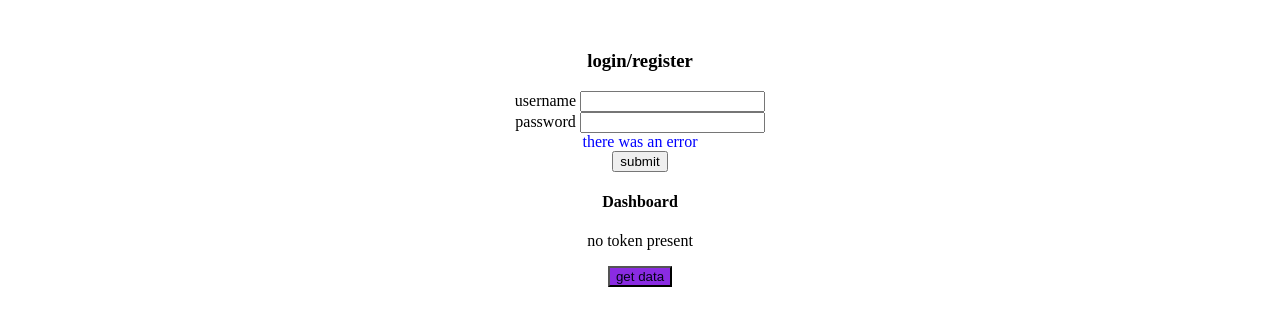
Repository: shivanand1988-28-06/townwarta
Page: http://localhost/
The author's editor kept a copy of each file at every save. The page is drawn from the files as they stood at one save, then again after the next save.
The browser window is 1280 px wide. The pictures show the whole page.
Some web libraries are served in a nearby version. The page is served by the project's Node server (Townwarta.js). Other server files are loaded and not shown.

Above is the page before, as saved 2022-03-16 00:48:46.

### public/index.html
<!-- <!DOCTYPE html>
<html>

<head>
    <meta charset="UTF-8" />
    <meta http-equiv="X-UA-Compatible" content="IE=edge" />
    <meta name="viewport" content="width=device-width, initial-scale=1.0" />
    <title>Townwarta</title>
    <link rel="stylesheet" href="./styles.css" />
</head>
    <body>
        <main>
             <form class= "form makenews">
        <div>
              <label for= "newstitle" class= "newstitle-label">TITLE</label><br><br>
              <input type = "text" class = "newstitle-input"></input><br><br>
        </div>

        <div>
              <label for= "newsheading" class= "newsheading-label">Heading</label><br><br>
              <textarea name="heading" class="newsheading" ></textarea><br><br>
        </div>
 <div>
                <label for= "newsarticle" class= "news-label">NewsArticle</label><br><br>
                <textarea name=" newsarticle" cols="30" rows="10"></textarea><br><br>
            </div>
            <div>
                <label for="newsimages"></label><br><br>
                <input type="file" name="newsimage" multiple><br><br>
            </div>
            <div>
                <label for="tags" class="tags">SelectTags</label><br><br>
                <select class="tags" multiple>
                    <option value="sports">SPORTS</option>
                    <option value="health">HEALTH</option>
                    <option value="politics">POLITICS</option>
                    <option value="security">SECURITY</option>
                    <option value="international">INTERNATIONAL</option>
                    <option value="bollywood">BOLLYWOOD</option>
                </select><br><br>
            </div>
            <div>
                <label for="tags" class="tags">SelectStates</label><br><br>
                <select class="tags" multiple>
                    <option value="UTTARPRADESH">UTTARPRADESH</option>
                    <option value="MAHARASHTRA">MAHARASHTRA</option>
                    <option value="GUJRAT">GUJRAT</option>
                    <option value="PANJAB">PANJAB</option>
                    <option value="TAMILNADU">TAMILNADU</option>
                    <option value="JAMMU AND KASHMIR">JAMMU AND KASHMIR</option>
                </select><br><br>
            </div>

                <button type = "submit" class="form-submit">SUBMIT NEWS DATA</button>

            </form>

        </main>



<script>
 src="https://cdnjs.cloudflare.com/ajax/libs/axios/0.21.1/axios.min.js"
      integrity="sha512-bZS47S7sPOxkjU/4Bt0zrhEtWx0y0CRkhEp8IckzK+ltifIIE9EMIMTuT/mEzoIMewUINruDBIR/jJnbguonqQ=="
      crossorigin="anonymous"
      referrerpolicy="no-referrer"
</script>
<script src= "./browser-app.js"></script>
</body>
</html> -->




<!DOCTYPE html>
<html lang="en">
  <head>
    <meta charset="UTF-8" />
    <meta http-equiv="X-UA-Compatible" content="IE=edge" />
    <meta name="viewport" content="width=device-width, initial-scale=1.0" />
    <title>JWT Basics</title>
    <link rel="stylesheet" href="./styles.css" />

  </head>
  <body>

    <main class ="first" id ="firstform">
      <div >
      <form class = "form contact-form">
        <h3>login/register</h3>
        <div class ="form-row">
          <label for="username" class="form-label">username</label>
          <input type="text" class="form-input username-input" />
        </div>
        <div class="form-row">
          <label for="password" class="form-label">password</label>
          <input type="password" class="form-input password-input" />
        </div>
        <div class="text-small form-alert">there was an error</div>
        <button type="submit" class="btn btn-block">submit</button>
      </form>
    </div>
      <div class="container">
        <h4>Dashboard</h4>
        <p class="token">no token present</p>
        <div class="result"></div>
        <button class="btn btn-block" id="data">get data</button>
      </div>

      <div id="root"></div>
    </main>
    <script
      src="https://cdnjs.cloudflare.com/ajax/libs/axios/0.21.1/axios.min.js"
      integrity="sha512-bZS47S7sPOxkjU/4Bt0zrhEtWx0y0CRkhEp8IckzK+ltifIIE9EMIMTuT/mEzoIMewUINruDBIR/jJnbguonqQ=="
      crossorigin="anonymous"
      referrerpolicy="no-referrer"
    ></script>
    <script src="./browser-app.js"></script>

  </body>
</html>

### Townwarta.js

require("dotenv").config();
const express = require("express");
const mongoose = require("mongoose");
const router = require("./routes/mainroutes");
const connectDB = require("./db/connect");
const app = express();

const port = process.env.PORT || 3000

app.use(express.json());

 app.use("/api/v1",router);
 app.use (express.urlencoded({extended:false}));
 app.use(express.static("./public"));

const start = async () =>{

try{

    await connectDB(process.env.MONGO_URI);
    app.listen(port,()=>{ console.log(`app is running over port ${port}`)});

}catch(error) {

    console.log(error);

}

}

start();

### public/styles.css
.makenews{
    text-align: center;
    padding-top: 40px;
};
.newstitle-label{
   padding-bottom: 0px;
   color:blue;
}
.newstitle-input{
    color:brown;
};
.newsheading{
   color:blue
}

.first{
  margin: 50px;
 text-align: center;
 text-decoration: dotted;

}
.form-alert{
    color:blue
}

#data{
    color: rgb(3, 3, 22);
    background-color: blueviolet;
}

### public/browser-app.js

// const formDOM = document.querySelector('.form');
// const usernameInputDOM = document.querySelector('.username-input');
// const passwordInputDOM = document.querySelector('.password-input');
// const btnDOM = document.querySelector('#data');
// const resultDOM = document.querySelector('.result');

// formDOM.addEventListener('submit',async(e)=>{
//    e.preventDefault();
//     const username = usernameInputDOM.value
//     const password = passwordInputDOM.valuey

//     const newsheading = textDOM.value;

// try{

// const {data} = await axios.post('/api/v1/news/users',{username,password})

// }catch(error){
//         console.log(error);
// }


//      }
// );

// btnDOM.addEventListener('click',async(e)=>{
//         const {data} = await axios.get('/api/v1/news/users',(e)=>{console.log({data})}

//         );
//         resultDOM.innerHTML = `<h1>${data.username}</h1>`;
// }

// )






const formDOM = document.querySelector('.form');
const usernameInputDOM = document.querySelector('.username-input');
const passwordInputDOM = document.querySelector('.password-input');
const formAlertDOM = document.querySelector('.form-alert');
const resultDOM = document.querySelector('.result');
const btnDOM = document.querySelector('#data');
const tokenDOM = document.querySelector('.token');

formDOM.addEventListener('submit', async (e) => {
  formAlertDOM.classList.remove('text-success')
  tokenDOM.classList.remove('text-success')

  e.preventDefault()
  const username = usernameInputDOM.value
  const password = passwordInputDOM.value

  try {
    const { data } = await axios.post('/api/v1/users', { username, password })

    formAlertDOM.style.display = 'block'
    formAlertDOM.textContent = data.msg

    formAlertDOM.classList.add('text-success')
    usernameInputDOM.value = ''
    passwordInputDOM.value = ''

    localStorage.setItem('token', data.token)
    resultDOM.innerHTML = ''
    tokenDOM.textContent = 'token present'
    tokenDOM.classList.add('text-success')
  } catch (error) {
    formAlertDOM.style.display = 'block'
    formAlertDOM.textContent = error.response.data.msg
    localStorage.removeItem('token')
    resultDOM.innerHTML = ''
    tokenDOM.textContent = 'no token present'
    tokenDOM.classList.remove('text-success')
  }
  setTimeout(() => {
    formAlertDOM.style.display = 'none'
  }, 2000)
})

btnDOM.addEventListener('click', async () => {
  const token = localStorage.getItem('token')
  try {
    const { data } = await axios.get('/api/v1/users', {
      headers: {
        Authorization: `Bearer ${token}`,
      },
    })
    resultDOM.innerHTML = `<h5>${data.msg}</h5><p>${data.allusers[data.allusers.length-1].password}</p>`
    console.log(data.allusers.length);
    data.secret
  } catch (error) {
    localStorage.removeItem('token')
    resultDOM.innerHTML = `<p>${error.response.data.msg}</p>`
  }
})

const checkToken = () => {
  tokenDOM.classList.remove('text-success')

  const token = localStorage.getItem('token')
  if (token) {
    tokenDOM.textContent = 'token present'
    tokenDOM.classList.add('text-success')
  }
}
checkToken();

After the next save:
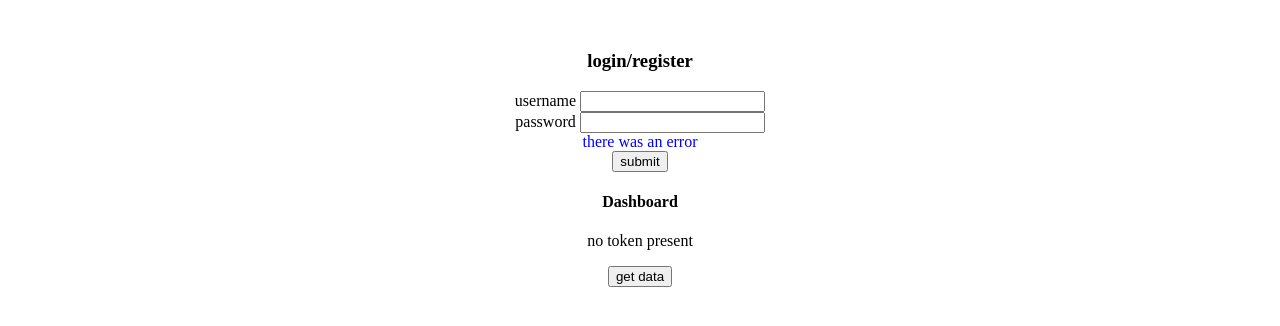
Saved 10 s later.
--- a/public/styles.css
+++ b/public/styles.css
@@ -21,7 +21,7 @@
 }
 .form-alert{
     color:blue
-}
+};
 
 #data{
     color: rgb(3, 3, 22);

After the save that followed:
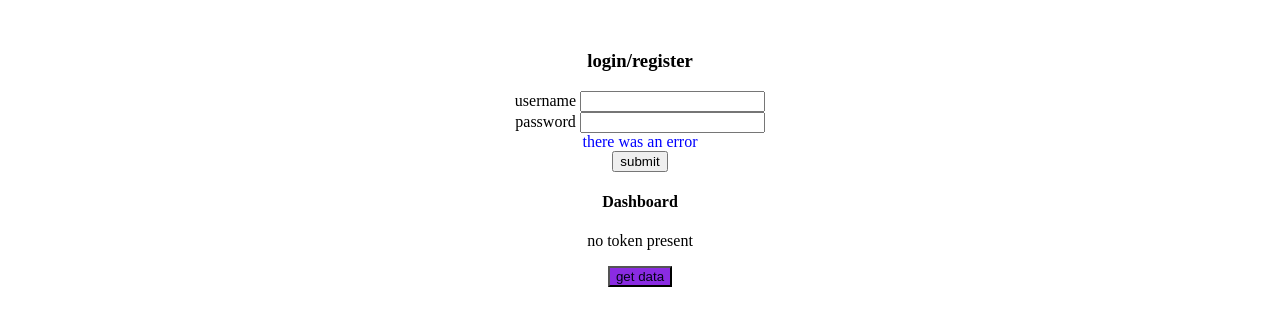
Saved 11 s later.
--- a/public/styles.css
+++ b/public/styles.css
@@ -21,7 +21,7 @@
 }
 .form-alert{
     color:blue
-};
+}
 
 #data{
     color: rgb(3, 3, 22);
